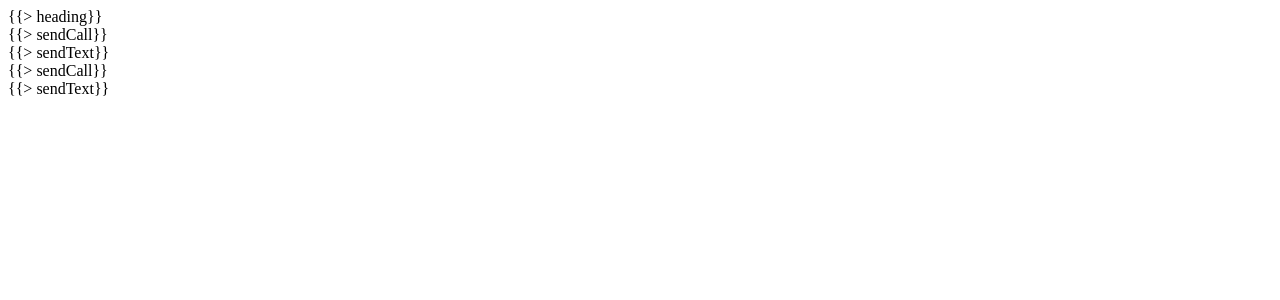
Repository: 2016rshah/PrankCaller
Page: prankcaller/client/prankcaller.html
The author's editor kept a record of every edit. The page is drawn from the files as they stood at one moment, then again after the next edit.
The browser window is 1280 px wide. The pictures show the whole page.

Above is the page before.

After the next edit:
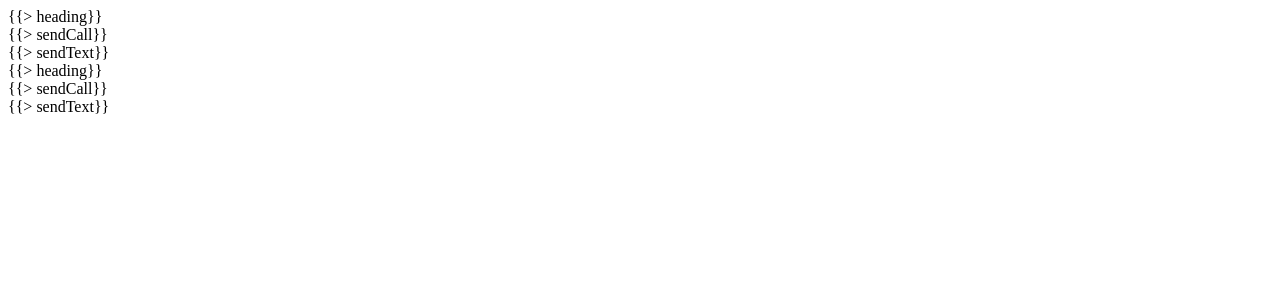
The edit:
--- a/prankcaller/client/prankcaller.html
+++ b/prankcaller/client/prankcaller.html
@@ -18,7 +18,9 @@
         </div>
     </div>
     <div class = "row hidden-lg">
-
+        <div class = "col-xs-9 col-xs-offset-1">
+            {{> heading}}
+        </div>
     </div>
     <div class = "row hidden-lg">
         <div class = "col-xs-9 col-xs-offset-1">
